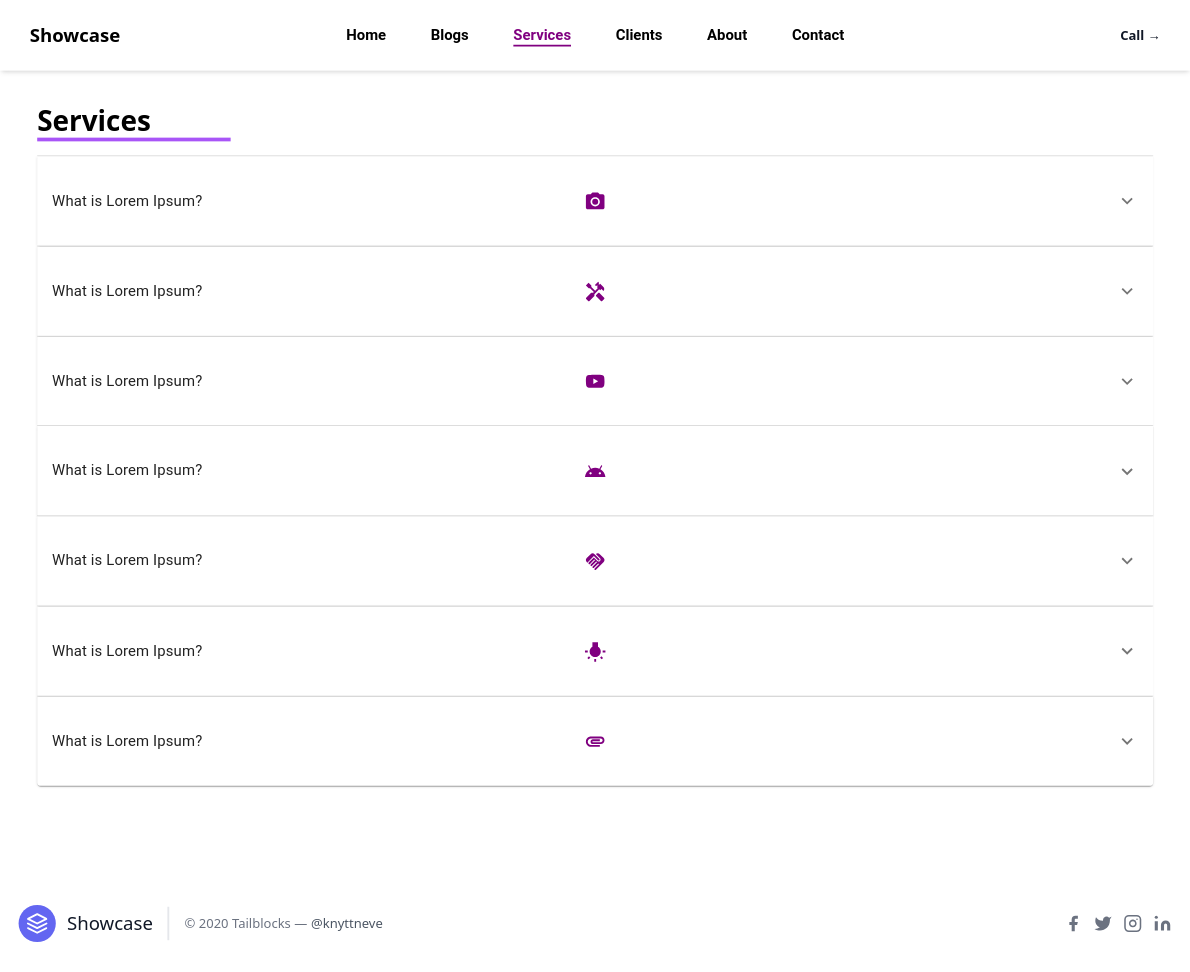
Repository: prashant523580/showcase
Page: /services
These files come from the project's save history. The page is drawn as it stood at one moment and after the next save; the edit follows.
The browser window is 1280 px wide. The pictures show the whole page, at 93% of full size.
The project was rebuilt for these pictures with package versions that can differ from the ones it lists, and the page was loaded fresh each time. The framework's server and built-in components were replaced by stand-ins that run in the browser. Also part of the build but not shown: next.config.js.

Above is the page before, as saved 2023-03-25 18:32:31.

### src/pages/_app.tsx
import Footer from '@/components/Footer'
import Navbar from '@/components/Navbar'
import React from "react";
import '@/styles/globals.css'
import type { AppProps } from 'next/app'
import AOS from "aos";
import "aos/dist/aos.css"
export default function App({ Component, pageProps }: AppProps) {
  React.useEffect(()=>{
      AOS.init()
  },[])
  return(
<>
    <Navbar/>
    <Component {...pageProps} />
    <Footer/>
</>
    )
}

### src/pages/services.tsx
import * as React from 'react';
import Accordion from '@mui/material/Accordion';
import AccordionDetails from '@mui/material/AccordionDetails';
import AccordionSummary from '@mui/material/AccordionSummary';
import Typography from '@mui/material/Typography';
import ExpandMoreIcon from '@mui/icons-material/ExpandMore';
import CameraAltIcon from '@mui/icons-material/CameraAlt';
import YouTubeIcon from '@mui/icons-material/YouTube';
import HandymanIcon from '@mui/icons-material/Handyman';
import AndroidIcon from '@mui/icons-material/Android';
import WbIncandescentIcon from '@mui/icons-material/WbIncandescent';
import HandshakeIcon from '@mui/icons-material/Handshake';
import AttachmentIcon from '@mui/icons-material/Attachment';
import htmlParser from "react-html-parser"
const services = [
    {
        id:"1",
        label: "What is Lorem Ipsum?",
        icon: <CameraAltIcon/>,
        description:"Lorem Ipsum is simply dummy text of the printing and typesetting industry. Lorem Ipsum has been the industry&apos;s standard dummy text ever since the 1500s, when an unknown printer took a galley of type and scrambled it to make a type specimen book. It has survived not only five centuries, but also the leap into electronic typesetting, remaining essentially unchanged. It was popularised in the 1960s with the release of Letraset sheets containing Lorem Ipsum passages, and more recently with desktop publishing software like Aldus PageMaker including versions of Lorem Ipsum."
    },
    {
        id:"2",
        label: "What is Lorem Ipsum?",
        icon:<HandymanIcon/>,
        description:"Lorem Ipsum is simply dummy text of the printing and typesetting industry. Lorem Ipsum has been the industry&apos;s standard dummy text ever since the 1500s, when an unknown printer took a galley of type and scrambled it to make a type specimen book. It has survived not only five centuries, but also the leap into electronic typesetting, remaining essentially unchanged. It was popularised in the 1960s with the release of Letraset sheets containing Lorem Ipsum passages, and more recently with desktop publishing software like Aldus PageMaker including versions of Lorem Ipsum."
    },
    {
        id:"3",
        label: "What is Lorem Ipsum?",
        icon:<YouTubeIcon/>,
        description:"Lorem Ipsum is simply dummy text of the printing and typesetting industry. Lorem Ipsum has been the industry&apos;s standard dummy text ever since the 1500s, when an unknown printer took a galley of type and scrambled it to make a type specimen book. It has survived not only five centuries, but also the leap into electronic typesetting, remaining essentially unchanged. It was popularised in the 1960s with the release of Letraset sheets containing Lorem Ipsum passages, and more recently with desktop publishing software like Aldus PageMaker including versions of Lorem Ipsum."
    },
    {
        id:"4",
        label: "What is Lorem Ipsum?",
        icon:<AndroidIcon/>,
        description:"Lorem Ipsum is simply dummy text of the printing and typesetting industry. Lorem Ipsum has been the industry&apos;s standard dummy text ever since the 1500s, when an unknown printer took a galley of type and scrambled it to make a type specimen book. It has survived not only five centuries, but also the leap into electronic typesetting, remaining essentially unchanged. It was popularised in the 1960s with the release of Letraset sheets containing Lorem Ipsum passages, and more recently with desktop publishing software like Aldus PageMaker including versions of Lorem Ipsum."
    },
    {
        id:"5",
        label: "What is Lorem Ipsum?",
        icon:<HandshakeIcon/>,
        description:"Lorem Ipsum is simply dummy text of the printing and typesetting industry. Lorem Ipsum has been the industry&apos;s standard dummy text ever since the 1500s, when an unknown printer took a galley of type and scrambled it to make a type specimen book. It has survived not only five centuries, but also the leap into electronic typesetting, remaining essentially unchanged. It was popularised in the 1960s with the release of Letraset sheets containing Lorem Ipsum passages, and more recently with desktop publishing software like Aldus PageMaker including versions of Lorem Ipsum."
    },
    {
        id:"6",
        label: "What is Lorem Ipsum?",
        icon:<WbIncandescentIcon/>,
        description:"Lorem Ipsum is simply dummy text of the printing and typesetting industry. Lorem Ipsum has been the industry&apos;s standard dummy text ever since the 1500s, when an unknown printer took a galley of type and scrambled it to make a type specimen book. It has survived not only five centuries, but also the leap into electronic typesetting, remaining essentially unchanged. It was popularised in the 1960s with the release of Letraset sheets containing Lorem Ipsum passages, and more recently with desktop publishing software like Aldus PageMaker including versions of Lorem Ipsum."
    },
    {
        id:"7",
        label: "What is Lorem Ipsum?",
        icon:<AttachmentIcon/>,
        description:"Lorem Ipsum is simply dummy text of the printing and typesetting industry. Lorem Ipsum has been the industry&apos;s standard dummy text ever since the 1500s, when an unknown printer took a galley of type and scrambled it to make a type specimen book. It has survived not only five centuries, but also the leap into electronic typesetting, remaining essentially unchanged. It was popularised in the 1960s with the release of Letraset sheets containing Lorem Ipsum passages, and more recently with desktop publishing software like Aldus PageMaker including versions of Lorem Ipsum."
    },
]
export default function Sercices() {
  const [expanded, setExpanded] = React.useState<string | false>(false);

  const handleChange =
    (panel: string) => (event: React.SyntheticEvent, isExpanded: boolean) => {
      setExpanded(isExpanded ? panel : false);
    };

  return (
    <div className='py-24 px-10'>
        <div className="py-4">

        <h1 className='font-bold text-3xl'>Services</h1>
        <div  className='w-52 h-1 bg-purple-500'></div>
        </div>
        {
            services.map((service,ind) => {
                return(

                <Accordion expanded={expanded === `panel${ind}`} onChange={handleChange(`panel${ind}`)}>
                    <AccordionSummary
                    expandIcon={<ExpandMoreIcon />}
                    aria-controls="panel1bh-content"
                    id="panel1bh-header"
                    sx={{
                        py:3
                    }}
                    >
                    <Typography sx={{ width: '50%', flexShrink: 0 }}>
                        {service.label}
                    </Typography>
                    <Typography sx={{ color: 'purple' }}>{service.icon}</Typography>
                    </AccordionSummary>
                    <AccordionDetails>
                    <Typography>
                       {htmlParser(service.description)}
                    </Typography>
                    </AccordionDetails>
                </Accordion>
                )
            })
        }

    </div>
  );
}

### src/components/Footer.tsx
import React from 'react'

export default function Footer() {
  return (
    <footer className="text-gray-600 body-font">
  <div className="container px-5 py-8 mx-auto flex items-center sm:flex-row flex-col">
    <a className="flex title-font font-medium items-center md:justify-start justify-center text-gray-900">
      <svg xmlns="http://www.w3.org/2000/svg" fill="none" stroke="currentColor" stroke-linecap="round" stroke-linejoin="round" stroke-width="2" className="w-10 h-10 text-white p-2 bg-indigo-500 rounded-full" viewBox="0 0 24 24">
        <path d="M12 2L2 7l10 5 10-5-10-5zM2 17l10 5 10-5M2 12l10 5 10-5"></path>
      </svg>
      <span className="ml-3 text-xl">Showcase</span>
    </a>
    <p className="text-sm text-gray-500 sm:ml-4 sm:pl-4 sm:border-l-2 sm:border-gray-200 sm:py-2 sm:mt-0 mt-4">© 2020 Tailblocks —
      <a href="https://twitter.com/knyttneve" className="text-gray-600 ml-1" rel="noopener noreferrer" target="_blank">@knyttneve</a>
    </p>
    <span className="inline-flex sm:ml-auto sm:mt-0 mt-4 justify-center sm:justify-start">
      <a className="text-gray-500">
        <svg fill="currentColor" stroke-linecap="round" stroke-linejoin="round" stroke-width="2" className="w-5 h-5" viewBox="0 0 24 24">
          <path d="M18 2h-3a5 5 0 00-5 5v3H7v4h3v8h4v-8h3l1-4h-4V7a1 1 0 011-1h3z"></path>
        </svg>
      </a>
      <a className="ml-3 text-gray-500">
        <svg fill="currentColor" stroke-linecap="round" stroke-linejoin="round" stroke-width="2" className="w-5 h-5" viewBox="0 0 24 24">
          <path d="M23 3a10.9 10.9 0 01-3.14 1.53 4.48 4.48 0 00-7.86 3v1A10.66 10.66 0 013 4s-4 9 5 13a11.64 11.64 0 01-7 2c9 5 20 0 20-11.5a4.5 4.5 0 00-.08-.83A7.72 7.72 0 0023 3z"></path>
        </svg>
      </a>
      <a className="ml-3 text-gray-500">
        <svg fill="none" stroke="currentColor" stroke-linecap="round" stroke-linejoin="round" stroke-width="2" className="w-5 h-5" viewBox="0 0 24 24">
          <rect width="20" height="20" x="2" y="2" rx="5" ry="5"></rect>
          <path d="M16 11.37A4 4 0 1112.63 8 4 4 0 0116 11.37zm1.5-4.87h.01"></path>
        </svg>
      </a>
      <a className="ml-3 text-gray-500">
        <svg fill="currentColor" stroke="currentColor" stroke-linecap="round" stroke-linejoin="round" stroke-width="0" className="w-5 h-5" viewBox="0 0 24 24">
          <path stroke="none" d="M16 8a6 6 0 016 6v7h-4v-7a2 2 0 00-2-2 2 2 0 00-2 2v7h-4v-7a6 6 0 016-6zM2 9h4v12H2z"></path>
          <circle cx="4" cy="4" r="2" stroke="none"></circle>
        </svg>
      </a>
    </span>
  </div>
</footer>
  )
}

### src/components/Navbar.tsx
// import React from 'react'

// export default function Navbar() {
//   return (
//     <header className="text-gray-600 body-font">
//   <div className="container mx-auto flex flex-wrap p-5 flex-col md:flex-row items-center">
//     <nav className="flex lg:w-2/5 flex-wrap items-center text-base md:ml-auto">
//       <a className="mr-5 hover:text-gray-900">First Link</a>
//       <a className="mr-5 hover:text-gray-900">Second Link</a>
//       <a className="mr-5 hover:text-gray-900">Third Link</a>
//       <a className="hover:text-gray-900">Fourth Link</a>
//     </nav>
//     <a className="flex order-first lg:order-none lg:w-1/5 title-font font-medium items-center text-gray-900 lg:items-center lg:justify-center mb-4 md:mb-0">
//       <svg xmlns="http://www.w3.org/2000/svg" fill="none" stroke="currentColor" stroke-linecap="round" stroke-linejoin="round" stroke-width="2" className="w-10 h-10 text-white p-2 bg-indigo-500 rounded-full" viewBox="0 0 24 24">
//         <path d="M12 2L2 7l10 5 10-5-10-5zM2 17l10 5 10-5M2 12l10 5 10-5"></path>
//       </svg>
//       <span className="ml-3 text-xl">Tailblocks</span>
//     </a>
//     <div className="lg:w-2/5 inline-flex lg:justify-end ml-5 lg:ml-0">
//       <button className="inline-flex items-center bg-gray-100 border-0 py-1 px-3 focus:outline-none hover:bg-gray-200 rounded text-base mt-4 md:mt-0">Button
//         <svg fill="none" stroke="currentColor" stroke-linecap="round" stroke-linejoin="round" stroke-width="2" className="w-4 h-4 ml-1" viewBox="0 0 24 24">
//           <path d="M5 12h14M12 5l7 7-7 7"></path>
//         </svg>
//       </button>
//     </div>
//   </div>
// </header>
//   )
// }
import React, { useState } from 'react'
import {useRouter} from "next/router"
import { Dialog } from '@headlessui/react'
import { Bars3Icon, XMarkIcon } from '@heroicons/react/24/outline'
import Link from 'next/link'

const navigation = [
  { name: 'Home', href: '/' },
  { name: 'Blogs', href: '/blogs' },
  { name: 'Services', href: '/services' },
  { name: 'Clients', href: '/clients' },
  { name: 'About', href: '/about' },
  { name: 'Contact', href: '/contact' },
]
function ActiveLink({ children, href } : any) {
  const router = useRouter();
  const style = {
      // padding: 10,
    // marginRight: 10,
    fontWeight:"bold",
    color: router.asPath === href ? 'purple' : 'black',
    boxShadow:  router.asPath === href ? "inset 0 -2px 0 0 purple" : "none",
    fontFamily: "'Roboto', sans-serif",
  }

  const handleClick = (e : any) => {
    e.preventDefault()
    router.push(href)
  }

  return (
    <a href={href} onClick={handleClick} style={style}>
      {children}
    </a>
  )
}
export default function Example() {
  const [mobileMenuOpen, setMobileMenuOpen] = useState(false)

  return (
    <div className="bg-white">
      <header className="absolute shadow-md bg-white inset-x-0 top-0 z-50">
        <nav className="flex items-center justify-between p-6 lg:px-8" aria-label="Global">
          <div className="flex lg:flex-1">
            <Link href="/" className="-m-1.5 p-1.5">
              <span className="sr-only">Showcase</span>
              {/* <img
                className="h-8 w-auto"
                src="https://tailwindui.com/img/logos/mark.svg?color=indigo&shade=600"
                alt=""
              /> */}
              <h1 className='font-bold text-xl'>Showcase</h1>
            </Link>
          </div>
          <div className="flex lg:hidden">
            <button
              type="button"
              className="-m-2.5 inline-flex items-center justify-center rounded-md p-2.5 text-gray-700"
              onClick={() => setMobileMenuOpen(true)}
            >
              <span className="sr-only">Open main menu</span>
              <Bars3Icon className="h-6 w-6" aria-hidden="true" />
            </button>
          </div>
          <div className="hidden lg:flex lg:gap-x-12">
            {navigation.map((item) => (
              <ActiveLink key={item.name} href={item.href}>
                {item.name}
              </ActiveLink>
            ))}
          </div>
          <div className="hidden lg:flex lg:flex-1 lg:justify-end">
            <Link href="tel:+9779816514719" className="text-sm font-semibold leading-6 text-gray-900">
              Call <span aria-hidden="true">&rarr;</span>
            </Link>
          </div>
        </nav>
        <Dialog as="div" className="lg:hidden transition-all" open={mobileMenuOpen} onClose={setMobileMenuOpen}>
          <div className="fixed inset-0 z-50  transition-all" />
          <Dialog.Panel className="fixed transition-all inset-y-0 right-0 z-50 w-full overflow-y-auto bg-white px-6 py-6 sm:max-w-sm sm:ring-1 sm:ring-gray-900/10">
            <div className="flex items-center justify-between">
              <Link href="#" className="-m-1.5 p-1.5">
                <span className="sr-only">Showcase</span>
                <img
                  className="h-8 w-auto"
                  src="https://tailwindui.com/img/logos/mark.svg?color=indigo&shade=600"
                  alt=""
                />
              </Link>
              <button
                type="button"
                className="-m-2.5 rounded-md p-2.5 text-gray-700"
                onClick={() => setMobileMenuOpen(false)}
              >
                <span className="sr-only">Close menu</span>
                <XMarkIcon className="h-6 w-6" aria-hidden="true" />
              </button>
            </div>
            <div className="mt-6 flow-root">
              <div className="-my-6 divide-y divide-gray-500/10">
                <div className="space-y-2 py-6">
                  {navigation.map((item) => (
                    <Link
                      key={item.name}
                      href={item.href}
                      className="-mx-3 block rounded-lg py-2 px-3 text-base font-semibold leading-7 text-gray-900 hover:bg-gray-50"
                    >
                      {item.name}
                    </Link>
                  ))}
                </div>
                <div className="py-6">
                  <Link
                    href="#"
                    className="-mx-3 block rounded-lg py-2.5 px-3 text-base font-semibold leading-7 text-gray-900 hover:bg-gray-50"
                  >
                    Log in
                  </Link>
                </div>
              </div>
            </div>
          </Dialog.Panel>
        </Dialog>
      </header>


    </div>
  )
}

### src/styles/globals.css
@tailwind base;
@tailwind components;
@tailwind utilities;
@import url('https://fonts.googleapis.com/css2?family=Aclonica&family=Caveat&family=DM+Serif+Text&family=Oswald&family=Roboto&family=Vollkorn&display=swap');

:root {
  --max-width: 1100px;
  --border-radius: 12px;
  --font-mono: ui-monospace, Menlo, Monaco, 'Cascadia Mono', 'Segoe UI Mono',
    'Roboto Mono', 'Oxygen Mono', 'Ubuntu Monospace', 'Source Code Pro',
    'Fira Mono', 'Droid Sans Mono', 'Courier New', monospace;

  --foreground-rgb: 0, 0, 0;
  --background-start-rgb: 214, 219, 220;
  --background-end-rgb: 255, 255, 255;

  --primary-glow: conic-gradient(
    from 180deg at 50% 50%,
    #16abff33 0deg,
    #0885ff33 55deg,
    #54d6ff33 120deg,
    #0071ff33 160deg,
    transparent 360deg
  );
  --secondary-glow: radial-gradient(
    rgba(255, 255, 255, 1),
    rgba(255, 255, 255, 0)
  );

  --tile-start-rgb: 239, 245, 249;
  --tile-end-rgb: 228, 232, 233;
  --tile-border: conic-gradient(
    #00000080,
    #00000040,
    #00000030,
    #00000020,
    #00000010,
    #00000010,
    #00000080
  );

  --callout-rgb: 238, 240, 241;
  --callout-border-rgb: 172, 175, 176;
  --card-rgb: 180, 185, 188;
  --card-border-rgb: 131, 134, 135;
}

@media (prefers-color-scheme: dark) {
  :root {
    --foreground-rgb: 255, 255, 255;
    --background-start-rgb: 0, 0, 0;
    --background-end-rgb: 0, 0, 0;

    --primary-glow: radial-gradient(rgba(1, 65, 255, 0.4), rgba(1, 65, 255, 0));
    --secondary-glow: linear-gradient(
      to bottom right,
      rgba(1, 65, 255, 0),
      rgba(1, 65, 255, 0),
      rgba(1, 65, 255, 0.3)
    );

    --tile-start-rgb: 2, 13, 46;
    --tile-end-rgb: 2, 5, 19;
    --tile-border: conic-gradient(
      #ffffff80,
      #ffffff40,
      #ffffff30,
      #ffffff20,
      #ffffff10,
      #ffffff10,
      #ffffff80
    );

    --callout-rgb: 20, 20, 20;
    --callout-border-rgb: 108, 108, 108;
    --card-rgb: 100, 100, 100;
    --card-border-rgb: 200, 200, 200;
  }
}

* {
  box-sizing: border-box;
  padding: 0;
  margin: 0;
}

html,
body {
  max-width: 100vw;
  overflow-x: hidden;

}

body {
  /* color: rgb(var(--foreground-rgb)); */
  /* background: linear-gradient(
      to bottom,
      transparent,
      rgb(var(--background-end-rgb))
    )
    rgb(var(--background-start-rgb)); */
      /*
    font-family: 'Vollkorn', serif;
    font-family: 'Oswald', sans-serif;
    font-family: 'Aclonica', sans-serif;
    font-family: 'Caveat', cursive;
    font-family: 'DM Serif Text', serif;
    font-family: 'Roboto', sans-serif;
    */
}

a {
  color: inherit;
  text-decoration: none;
}

/* @media (prefers-color-scheme: dark) {
  html {
    color-scheme: dark;
  }
} */

Loaded but not shown: src/pages/_document.tsx (common file); tailwind.config.js (common file)

After the next save:
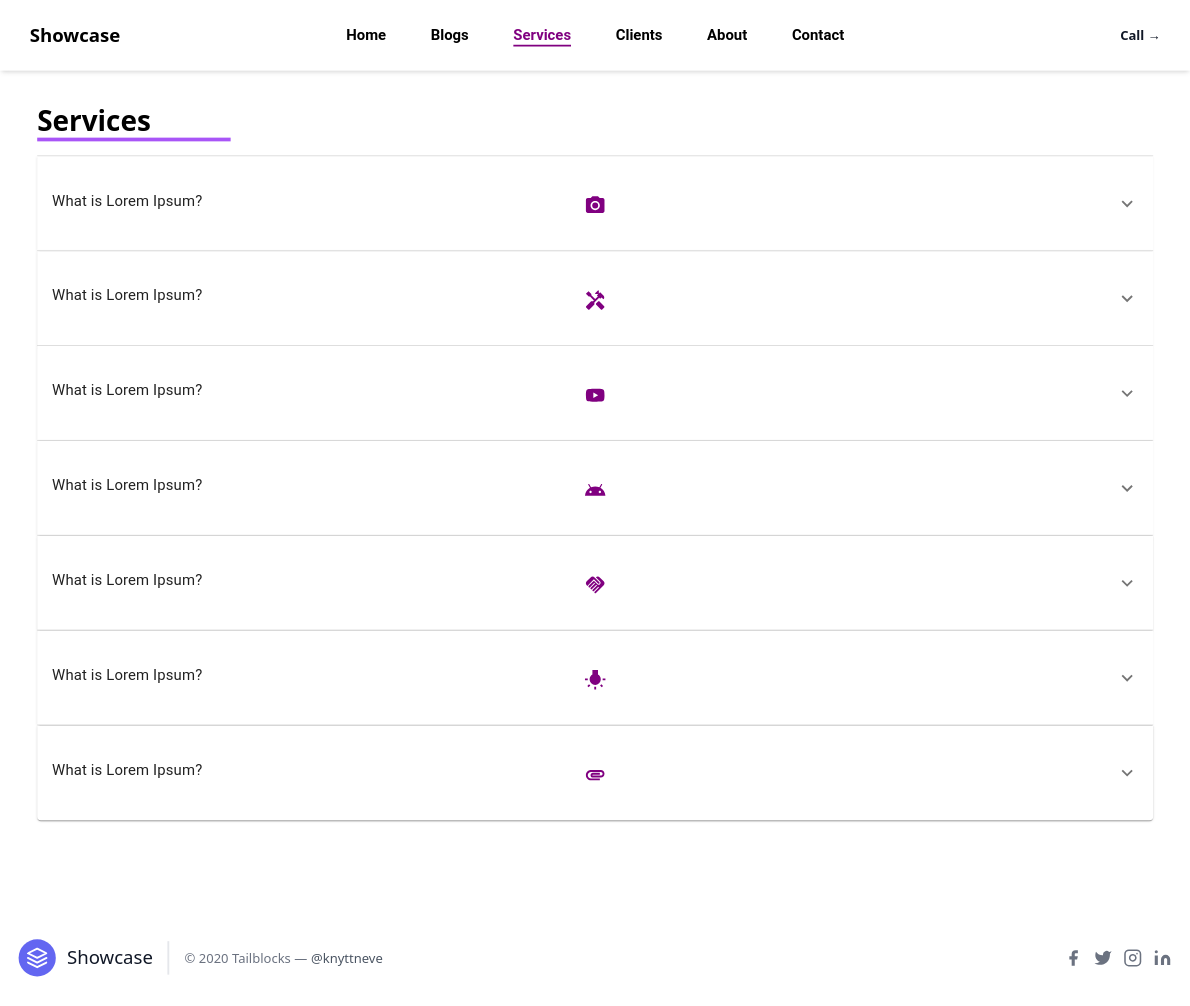
Saved 40 s later.
--- a/src/pages/services.tsx
+++ b/src/pages/services.tsx
@@ -87,7 +87,7 @@ export default function Sercices() {
                     <Typography sx={{ width: '50%', flexShrink: 0 }}>
                         {service.label}
                     </Typography>
-                    <Typography sx={{ color: 'purple' }}>{service.icon}</Typography>
+                    <Typography sx={{ color: 'purple',fontSize:20 }}>{service.icon}</Typography>
                     </AccordionSummary>
                     <AccordionDetails>
                     <Typography>
